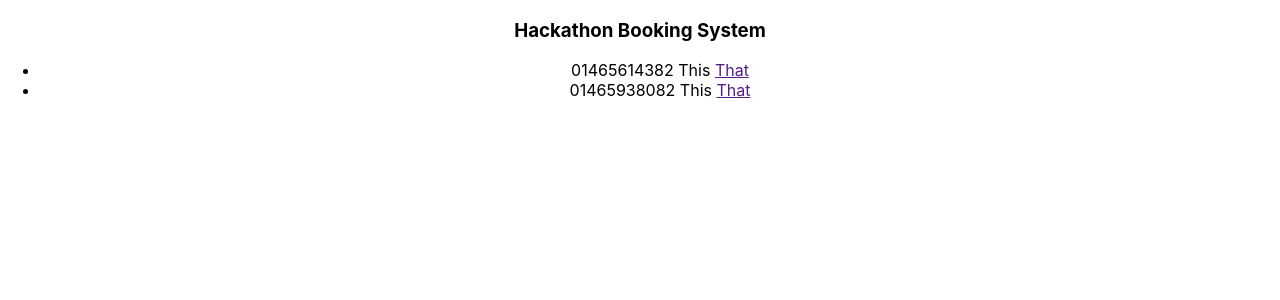
Repository: marlonguerios/onerecord_hackathon_2022
Page: /
An editor plug-in stored every save of this project. The page is shown before and after the next save, followed by the edit.
The browser window is 1280 px wide. The pictures show the whole page.
The project was rebuilt for these pictures with package versions that can differ from the ones it lists, and the page was loaded fresh each time.

Above is the page before, as saved 2022-10-22 16:25:46.

After the next save:
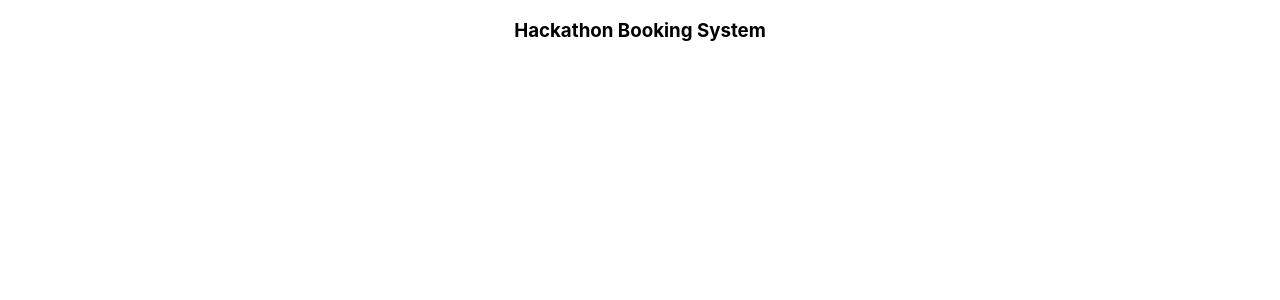
Saved 8 s later.
--- a/src/Dashboard.js
+++ b/src/Dashboard.js
@@ -14,7 +14,7 @@ class Dashboard extends Component {
             <h3>Hackathon Booking System</h3>
             <div>
                 <ul>
-                    {this.props.data.map((awb) => {
+                    {this.state.data.map((awb) => {
                         return <li key={awb["iata:booking:waybillNumber"]["iata:waybill:waybillNumber"]}>
                             {awb["iata:booking:waybillNumber"]["iata:waybill:waybillNumber"]}
                             &nbsp;<a>This</a>
